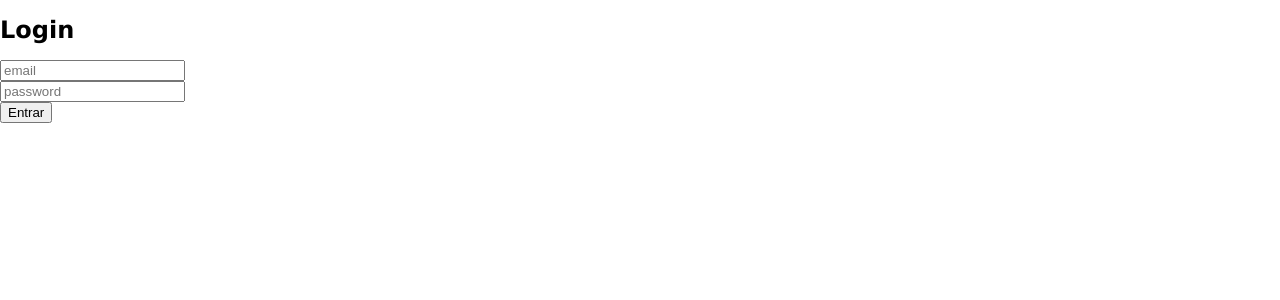
Repository: anagut/java-web
Page: http://localhost/HelloLogin/login
These files come from the project's save history. The page is drawn as it stood at one moment and after the next save; the edit follows.
The browser window is 1280 px wide. The pictures show the whole page.
The page is served by Tomcat 9. Other server files are loaded and not shown.

Above is the page before, as saved 2018-11-15 13:37:59.

### HelloLogin/WebContent/login.jsp
<%@ page language="java" contentType="text/html; charset=UTF-8"
    pageEncoding="UTF-8"%>
<!DOCTYPE html>
<html>
<head>
<meta charset="UTF-8">
<title>Login</title>
<link rel="stylesheet" href="./css/style.css"></link>

</head>
<body>
	<h1>Login</h1>
	<div class="error">${error}</div>
	<form action="" method="POST">
	<div>
		<input type="email" placeholder="email" name="email" id="email" required/>
	</div>
	<div>
		<input type="password" placeholder="password" name="password" id="password" required />
	</div>
	<div>
		<label for="habitacion"></label>
	</div>
	<div><button>Entrar</button></div>

	</form>
</body>
</html>

### HelloLogin/src/com/ana/controllers/LoginServlet.java
package com.ana.controllers;

import java.io.IOException;
import javax.servlet.ServletException;
import javax.servlet.annotation.WebServlet;
import javax.servlet.http.HttpServlet;
import javax.servlet.http.HttpServletRequest;
import javax.servlet.http.HttpServletResponse;
import javax.servlet.http.HttpSession;

import com.ana.database.BBDD;

/**
 * Servlet implementation class LoginServlet
 */
@WebServlet("/login")
public class LoginServlet extends HttpServlet {
	private static final long serialVersionUID = 1L;

    /**
     * @see HttpServlet#HttpServlet()
     */
    public LoginServlet() {
        super();
        // TODO Auto-generated constructor stub
    }

	/**
	 * @see HttpServlet#doGet(HttpServletRequest request, HttpServletResponse response)
	 */
	protected void doGet(HttpServletRequest request, HttpServletResponse response) throws ServletException, IOException {

		request.getRequestDispatcher("./login.jsp").forward(request, response);
	}

	/**
	 * @see HttpServlet#doPost(HttpServletRequest request, HttpServletResponse response)
	 */
	protected void doPost(HttpServletRequest request, HttpServletResponse response) throws ServletException, IOException {

		String emailrecibido = request.getParameter("email");
		String passwordrecibido = request.getParameter("password");

		System.out.println("Estoy en el Post");
		System.out.println("Email:"+emailrecibido);
		System.out.println("Password:"+passwordrecibido);

		BBDD bd = BBDD.getInstance();

		boolean existeUser = bd.existeUsuarioPorEmailyPass(emailrecibido,passwordrecibido);

		HttpSession session = request.getSession();

		if (existeUser) {
			session.setAttribute("usuario", emailrecibido); 	//se genera un flag para el resto de peticiones, es decir, para mostrar al resto de páginas que se tiene sesión abierta
			response.sendRedirect("listausuarios");
		}else {
			request.setAttribute("error", "Usuario y contraseña no son correcto.");
			this.doGet(request, response);
		}

		//Decidir si existe ese email y password: entrar en lista de usuarios
		//Si no, volver a formulario

//		if (emailrecibido.equals("a@x.es") && passwordrecibido.equals("xxxx")) {
//			//llevar a la lista de usuario
//			//request.getRequestDispatcher("/listausuarios").forward(request, response);
//			//con el request el servidor redirecciona de manera interna y no muestra el cambio de ruta al usuario
//			response.sendRedirect("listausuarios");
//			//se realiza el cambio de dirección en el navegador y se muestra para el usuario
//
//		}else {
//			//devolver al formulario
//			request.setAttribute("error", "Usuario y contraseña no son correcto.");
//			this.doGet(request, response);
//		}


	}

}

### HelloLogin/WebContent/css/style.css
body{
	margin: 0;
	padding: 0;
	font-family: Verdana;
	font-size: 12px;
}

h1{
	font-size: 2em;
}

ul{
	list-style: none;
	margin: 0;
	padding: 0;
}

ul > li > a > div{
	display: inline-block;
	margin: 1em;
}

.error {
	color: red;
}

After the next save:
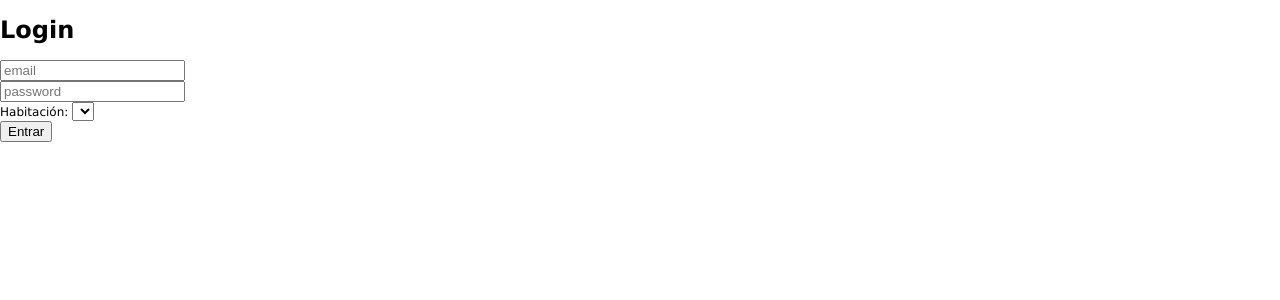
Saved 36 s later.
--- a/HelloLogin/WebContent/login.jsp
+++ b/HelloLogin/WebContent/login.jsp
@@ -19,7 +19,8 @@
 		<input type="password" placeholder="password" name="password" id="password" required />
 	</div>
 	<div>
-		<label for="habitacion"></label>
+		<label for="habitacion">Habitación:</label>
+		<select name="habitacion" id="habitacion"></select>
 	</div>
 	<div><button>Entrar</button></div>
 
